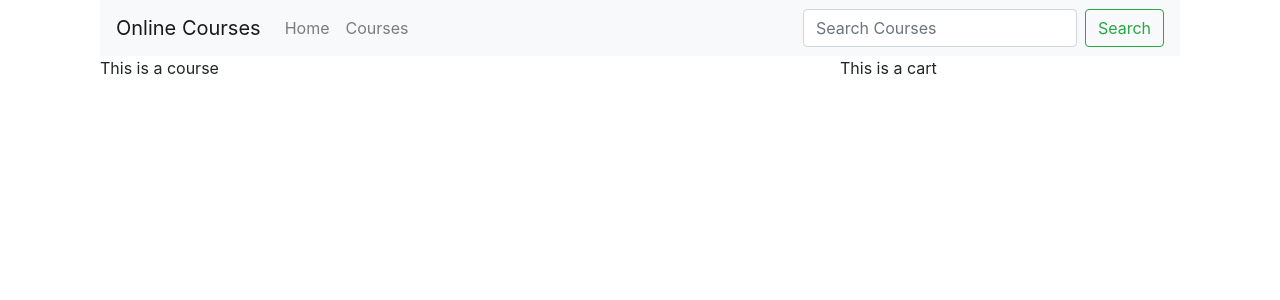
Repository: ranamahmud/online-class-react
Page: /
These files come from the project's save history. The page is drawn as it stood at one moment and after the next save; the edit follows.
The browser window is 1280 px wide. The pictures show the whole page.
The project was rebuilt for these pictures with package versions that can differ from the ones it lists, and the page was loaded fresh each time. Also part of the build but not shown: src/App.css.

Above is the page before, as saved 2020-08-27 20:02:23.

### src/App.js
import React from 'react';
import './App.css';
import 'bootstrap/dist/css/bootstrap.min.css';
import { Navbar,Nav,Form,FormControl,Button,Container,Row,Col } from 'react-bootstrap';
import Course from '../src/Component/Course/Course'
import Cart from '../src/Component/Cart/Cart'
function App() {
  return (
    <Container>
      <Container>
      <Navbar bg="light" expand="lg">
  <Navbar.Brand href="#home">Online Courses</Navbar.Brand>
  <Navbar.Toggle aria-controls="basic-navbar-nav" />
  <Navbar.Collapse id="basic-navbar-nav">
    <Nav className="mr-auto">
      <Nav.Link href="#home">Home</Nav.Link>
      <Nav.Link href="#link">Courses</Nav.Link>
    </Nav>
    <Form inline>
      <FormControl type="text" placeholder="Search Courses" className="mr-sm-2" />
      <Button variant="outline-success">Search</Button>
    </Form>
  </Navbar.Collapse>
</Navbar>
      </Container>
      <Container>
  <Row>
    <Col sm={8}>
      <Course></Course>
    </Col>
    <Col sm={4}>
<Cart></Cart>

    </Col>
  </Row>
      </Container>
    </Container>
  );
}

export default App;

### src/Component/Course/Course.js
import React from 'react';

const Course = () => {
    return (
        <div>
            This is a course
        </div>
    );
};

export default Course;

### src/Component/Cart/Cart.js
import React from 'react';

const Cart = () => {
    return (
        <div>
            This is a cart
        </div>
    );
};

export default Cart;

Loaded but not shown: public/index.html (common file); src/index.js (common file); src/index.css (common file); src/serviceWorker.js (common file)

After the next save:
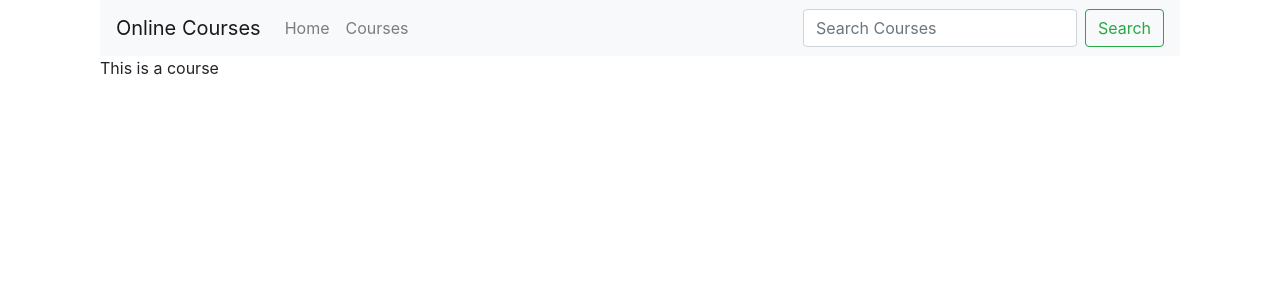
Saved 73 s later.
--- a/src/App.js
+++ b/src/App.js
@@ -29,7 +29,7 @@
       <Course></Course>
     </Col>
     <Col sm={4}>
-<Cart></Cart>
+
 
     </Col>
   </Row>

After the save that followed:
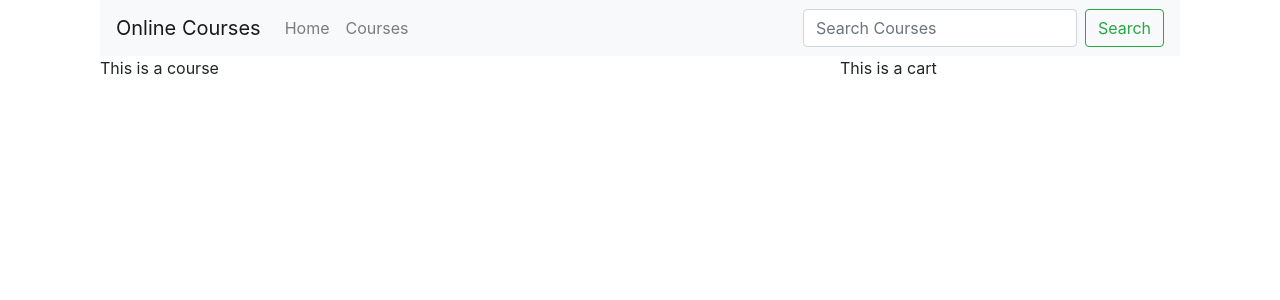
Saved 6 s later.
--- a/src/App.js
+++ b/src/App.js
@@ -30,7 +30,7 @@
     </Col>
     <Col sm={4}>
 
-
+    <Cart></Cart>
     </Col>
   </Row>
       </Container>
